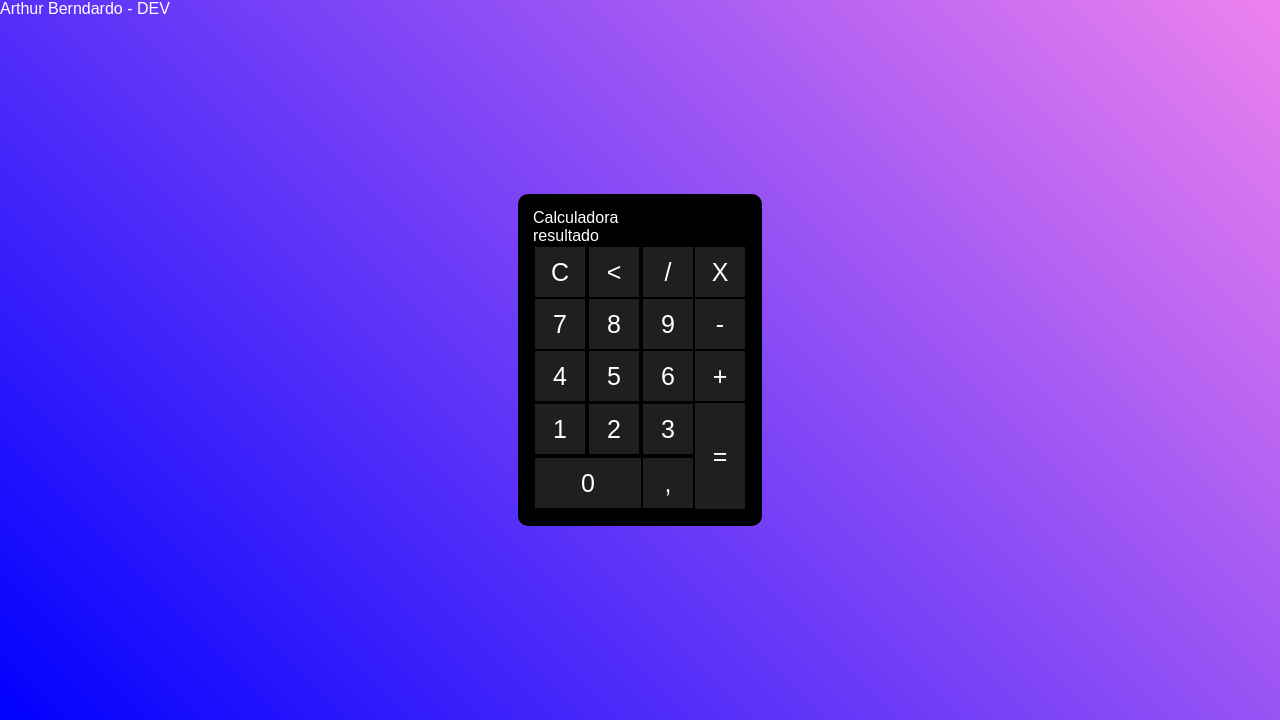
Repository: oThurDev/calculadora
Page: calculadora.html
These files come from the project's save history. The page is drawn as it stood at one moment and after the next save; the edit follows.
The browser window is 1280 px wide. The pictures show the whole page.

Above is the page before, as saved 2022-02-25 15:41:38.

After the next save:
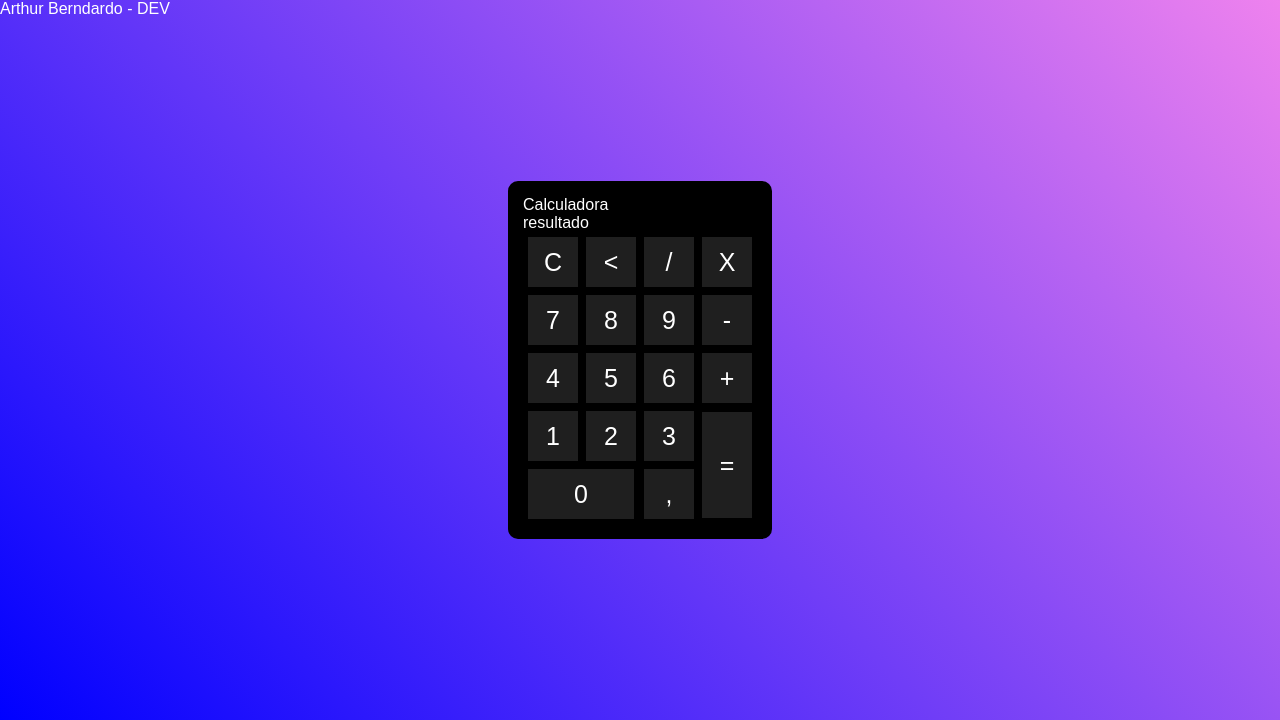
Saved 21 s later.
--- a/style_calculadora.css
+++ b/style_calculadora.css
@@ -28,6 +28,7 @@
     background-color: rgb(31, 31, 31);
     border: none;
     color: white;
+    margin: 3px;
 }
 
 .botao:hover{
